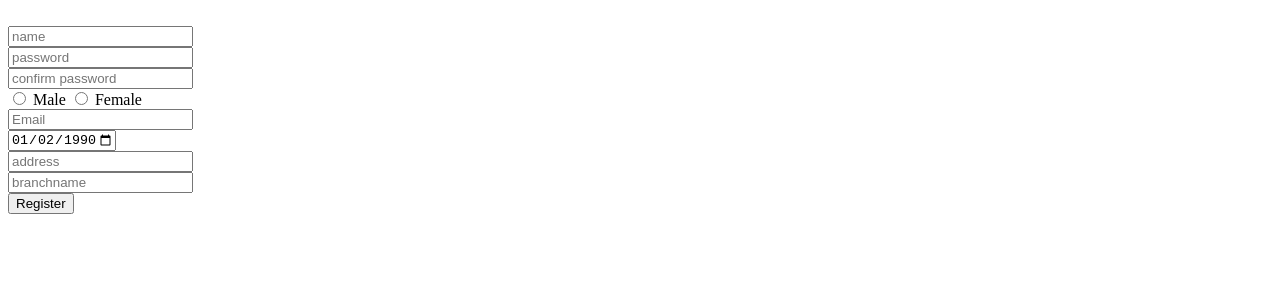
Repository: anujs099/bankingapp
Page: banking-application-final/WebContent/Register.html
These files come from the project's save history. The page is drawn as it stood at one moment and after the next save; the edit follows.
The browser window is 1280 px wide. The pictures show the whole page.

Above is the page before, as saved 2021-03-04 13:34:50.

### banking-application-final/WebContent/Register.html
<!DOCTYPE html>
<html>
<head>
<meta charset="ISO-8859-1">
<title>Insert title here</title>
</head>
<body>
<div class="container">
<Form action="registerservlet" method="post"><br>
<input type="text" placeholder="name" name="firstname"><br>
<input type="password" placeholder="password" name="password"><br>
<input type="password" placeholder="confirm password"><br>
<div class="control">
  <label class="radio">
    <input type="radio" name="answer" value="male"></input>
   	Male
  </label>
  <label class="radio">
    <input type="radio" name="answer" value="female"></input>
    Female
  </label>
</div>
<input type="email" placeholder="Email" name="email"><br>
<input type="date" min="1990-01-01" max="2030-02-08" value="1990-01-02" name="date"><br>
<input type="text" placeholder="address" name="Address"><br>
<input type="text" placeholder="branchname" name="branch"><br>
<input type="submit" value="Register"><br>
</Form>
</div>
</body>
</html>

### banking-application-final/WebContent/LoginFile.css
@charset "ISO-8859-1";
 body {
        background-color: #F3EBF6;
        font-family: 'Ubuntu', sans-serif;
    }

    .main {
        background-color: #FFFFFF;
        width: 400px;
        height: 400px;
        margin: 7em auto;
        border-radius: 1.5em;
        box-shadow: 0px 11px 35px 2px rgba(0, 0, 0, 0.14);
    }

    .sign {
        padding-top: 40px;
        color: #8C55AA;
        font-family: 'Ubuntu', sans-serif;
        font-weight: bold;
        font-size: 23px;
    }

    .un {
    width: 76%;
    color: rgb(38, 50, 56);
    font-weight: 700;
    font-size: 14px;
    letter-spacing: 1px;
    background: rgba(136, 126, 126, 0.04);
    padding: 10px 20px;
    border: none;
    border-radius: 20px;
    outline: none;
    box-sizing: border-box;
    border: 2px solid rgba(0, 0, 0, 0.02);
    margin-bottom: 50px;
    margin-left: 46px;
    text-align: center;
    margin-bottom: 27px;
    font-family: 'Ubuntu', sans-serif;
    }

    form.form1 {
        padding-top: 40px;
    }

    .pass {
            width: 76%;
    color: rgb(38, 50, 56);
    font-weight: 700;
    font-size: 14px;
    letter-spacing: 1px;
    background: rgba(136, 126, 126, 0.04);
    padding: 10px 20px;
    border: none;
    border-radius: 20px;
    outline: none;
    box-sizing: border-box;
    border: 2px solid rgba(0, 0, 0, 0.02);
    margin-bottom: 50px;
    margin-left: 46px;
    text-align: center;
    margin-bottom: 27px;
    font-family: 'Ubuntu', sans-serif;
    }


    .un:focus, .pass:focus {
        border: 2px solid rgba(0, 0, 0, 0.18) !important;

    }

    .submit {
      cursor: pointer;
        border-radius: 5em;
        color: #fff;
        background: linear-gradient(to right, #9C27B0, #E040FB);
        border: 0;
        padding-left: 40px;
        padding-right: 40px;
        padding-bottom: 10px;
        padding-top: 10px;
        font-family: 'Ubuntu', sans-serif;
        margin-left: 35%;
        font-size: 13px;
        box-shadow: 0 0 20px 1px rgba(0, 0, 0, 0.04);
    }

    .forgot {
        text-shadow: 0px 0px 3px rgba(117, 117, 117, 0.12);
        color: #E1BEE7;
        padding-top: 15px;
    }

    a {
        text-shadow: 0px 0px 3px rgba(117, 117, 117, 0.12);
        color: #E1BEE7;
        text-decoration: none
    }

    @media (max-width: 600px) {
        .main {
            border-radius: 0px;
        }

    }

After the next save:
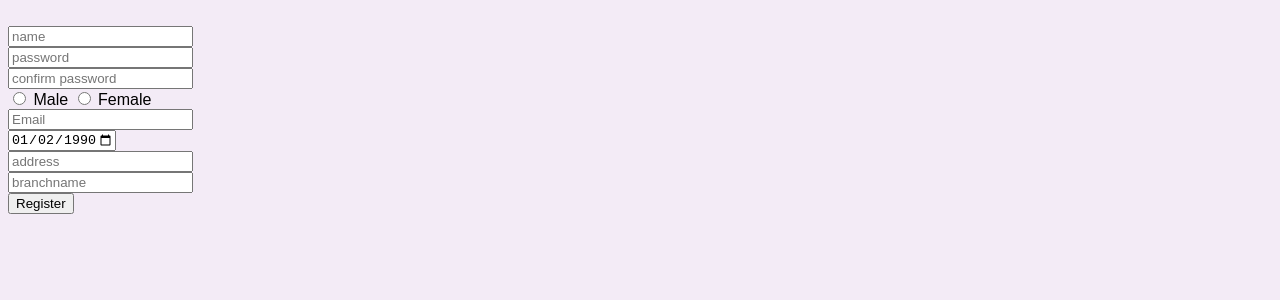
Saved 3 min 13 s later.
--- a/banking-application-final/WebContent/Register.html
+++ b/banking-application-final/WebContent/Register.html
@@ -3,6 +3,7 @@
 <head>
 <meta charset="ISO-8859-1">
 <title>Insert title here</title>
+<link rel="stylesheet" href="LoginFile.css">
 </head>
 <body>
 <div class="container">
